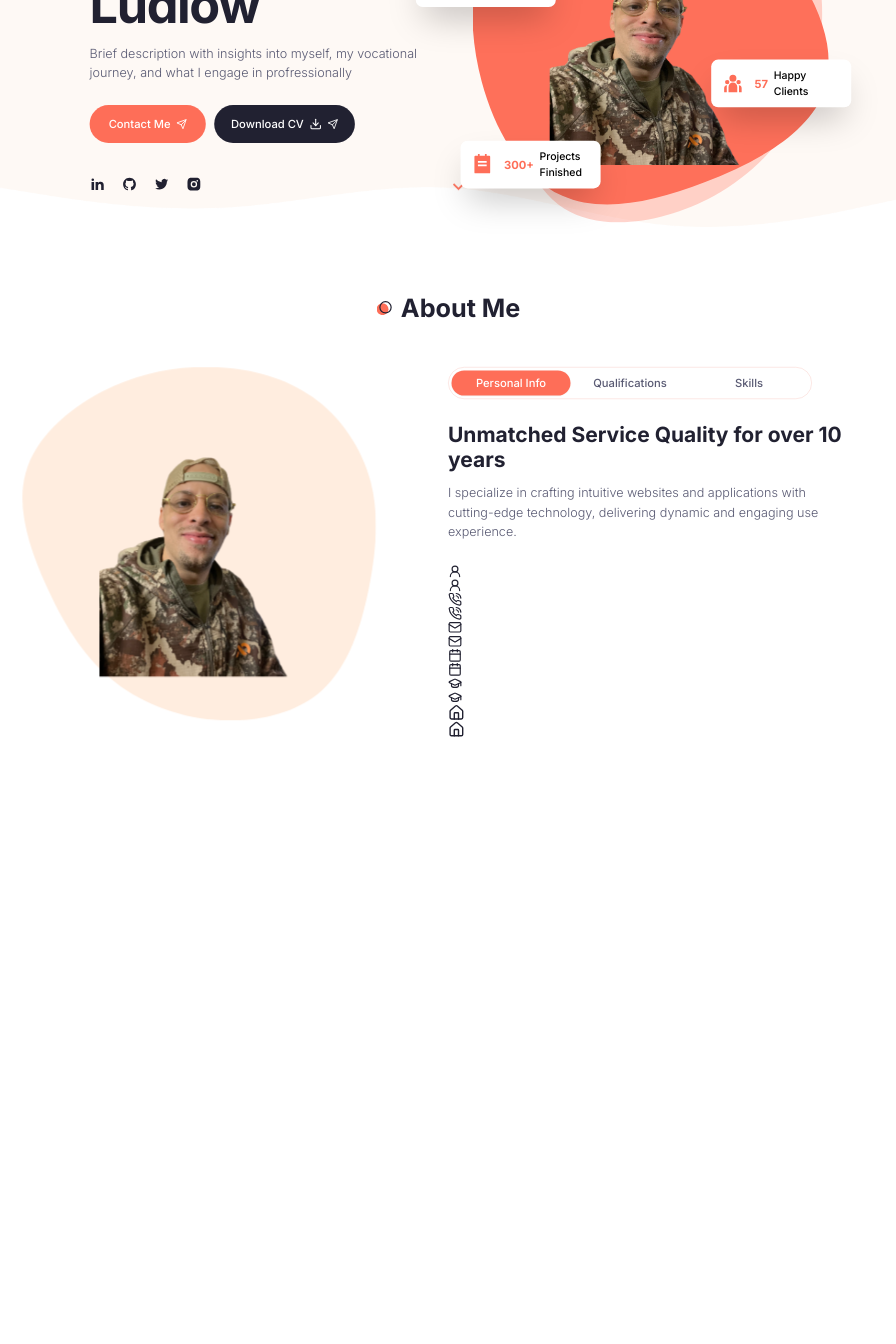
Repository: MikeeBuilds/mike-port
Page: /
The author's editor kept a copy of each file at every save. The page is drawn from the files as they stood at one save, then again after the next save.
The browser window is 1280 px wide. The pictures show the part of the page from y = 383 to 2303 px (the page is 5591 px tall), at 70% of full size.
The project was rebuilt for these pictures with package versions that can differ from the ones it lists, and the page was loaded fresh each time. The framework's server and built-in components were replaced by stand-ins that run in the browser. Also part of the build but not shown: next.config.js.

Above is the page before, as saved 2023-11-30 14:18:52.

### app/layout.jsx
import { Inter } from 'next/font/google'
import './globals.css'
import Header from '@/components/Header'
import Footer from '@/components/Footer'
import { ThemeProvider } from '@/components/ThemeProvider'

const inter = Inter({ subsets: ['latin'] })

export const metadata = {
  title: 'Mike Ludlow | Dev',
  description: 'Generated by create next app',
}

export default function RootLayout({ children }) {
  return (
    <html lang="en" suppressHydrationWarning>
      <body className={inter.className}
      >
        <ThemeProvider attribute="class" defaultTheme="light">
          <Header />
            {children}
          <Footer />
        </ThemeProvider>
      </body>
    </html>
  )
}

### app/page.jsx
import About from '@/components/About'
import Hero from '@/components/Hero'
import { main } from 'json'
import Image from 'next/image'

export default function Home() {
  return (
    <main>
      <Hero/>
      <About/>
    </main>
  )
}

### app/globals.css
@tailwind base;
@tailwind components;
@tailwind utilities;

@layer base {
  @layer base {
    :root {
      --background: 0 0% 100%;
      --foreground: 240 19% 16%;
      --card: 0 0% 100%;
      --card-foreground: 240 19% 16%;
      --popover: 0 0% 100%;
      --popover-foreground: 20 14.3% 4.1%;
      --primary: 8 99% 67%;
      --primary-foreground: 300 0% 100%;
      --secondary: 240 19% 16%;
      --secondary-foreground: 300 0% 100%;
      --tertiary: 27 82% 98%;
      --muted: 60 4.8% 95.9%;
      --muted-foreground: 237 13% 40%;
      --accent: 237 9% 96%;
      --accent-foreground: 24 9.8% 10%;
      --destructive: 0 84.2% 60.2%;
      --destructive-foreground: 60 9.1% 97.8%;
      --border: 8 82% 92%;
      --input: 8 82% 92%;
      --ring: 9 99% 67%;
      --radius: 1rem;
    }

    .dark {
      --background: 237 22% 20%;
      --foreground: 60 9.1% 97.8%;
      --card: 240 19% 16%;
      --card-foreground: 300 0% 100%;
      --popover: 20 14.3% 4.1%;
      --popover-foreground: 60 9.1% 97.8%;
      --primary: 8 99% 67%;
      --primary-foreground: 300 0% 100%;
      --secondary: 240 19% 16%;
      --secondary-foreground: 300 0% 100%;
      --tertiary: 237 22% 20%;
      --muted: 12 6.5% 15.1%;
      --muted-foreground: 237 13% 63%;
      --accent: 240 19% 16%;
      --accent-foreground: 300 0% 100%;
      --destructive: 0 72.2% 50.6%;
      --destructive-foreground: 60 9.1% 97.8%;
      --border: 237 22% 23%;
      --input: 237 22% 23%;
      --ring: 8 99% 67%;
    }
  }
}

@layer base {
  * {
    @apply border-border;
  }
  body {
    @apply bg-background text-foreground;
  }
}

.h1 {
  @apply text-6xl xl:text-[72px] xl:leading-[80px] tracking-[-2px] font-bold;
}

.h2 {
  @apply text-4xl font-bold;
}

.h3 {
  @apply text-3xl font-bold;
}

.h4 {
  @apply text-[22px] font-semibold;
}

.subtitle {
  @apply text-muted-foreground text-lg mb-8 font-light;

}
.section-title {
  @apply text-4xl font-bold relative w-max flex items-center justify-between gap-x-3
  before:bg-dots_light before:dark:bg-dots_dark before:bg-no-repeat before:bg-center
  before:w-[24px] before:h-[24px];
}

.badge {
  @apply z-10 w-[200px] h-[68px] bg-white dark:backdrop-blur-[44px] shadow-2xl p-4 rounded-[10px] flex items-center gap-x-4;
}

### components/Header.jsx
"use client";
import React, { useState, useEffect } from "react";

// components
import Logo from "./Logo";
import ThemeToggler from "./ThemeToggler";
import Nav from "./Nav";
import MobileNav from "./MobileNav";
import { usePathname } from "next/navigation";

const Header = () => {
  const [header, setHeader] = useState(false);
  const pathname = usePathname();

  useEffect(() => {
    const scrollYpos = window.addEventListener("scroll", () => {
      window.scrollY > 50 ? setHeader(true) : setHeader(false);
    });

    // remove event
    return () => window.removeEventListener("scroll", scrollYpos);
  });

  return (
    <header
      className={`${
        header
          ? "py-4 bg-white shadow-lg dark:bg-accent"
          : "py-6 dark:bg-transparent"
      } sticky top-0 z-30 transition-all ${pathname === '/' && 'bg-white'}`}
    >
      <div className="container mx-auto">
        <div className="flex justify-between items-center">
          <Logo />
          <div className="flex items-center gap-x-6">
            {/* nav */}
            <Nav
              containerStyles="hidden xl:flex gap-x-8 items-center"
              linkStyles="relative hover:text-primary transition-all"
              underlineStyles="absolute left-0 top-full h-[2px] bg-primary w-full"
            />
            <ThemeToggler />
            {/* mobile nav */}
            <div className="lg:hidden">
              <MobileNav />
            </div>
          </div>
        </div>
      </div>
    </header>
  );
};

export default Header;

### components/Footer.jsx

const Footer = () => {
  return (
    <footer>Footer</footer>
  )
}

export default Footer

### components/ThemeProvider.jsx
"use client"


import {
    ThemeProvider as NextThemesProvider
} from "next-themes";



export function ThemeProvider({ children, ...props}) {
    return <NextThemesProvider {...props}>{children}</NextThemesProvider>
}

### components/About.jsx
import DevImg from "./DevImg";
import image from "next/image";
import { Tabs, TabsContent, TabsList, TabsTrigger } from "@/components/ui/tabs";

import {
  User2,
  MailIcon,
  HomeIcon,
  PhoneCall,
  GraduationCap,
  Calendar,
  Briefcase,
} from "lucide-react";

const infoData = [
  {
    icon: <User2 size={20} />,
    text: "Mike Ludlow",
  },
  {
    icon: <PhoneCall size={20} />,
    text: "(614)772-9779",
  },
  {
    icon: <MailIcon size={20} />,
    text: "MLudlow000@gmail.com",
  },
  {
    icon: <Calendar size={20} />,
    text: "Born On May 14, 1986",
  },
  {
    icon: <GraduationCap size={20} />,
    text: "Bachelors In Software Engineering",
  },
  {
    icon: <HomeIcon sizes={20} />,
    text: "Columbus, OH",
  },
];

const qualificationData = [
  {
    title: "education",
    data: [
      {
        university: "Columbus State Community College",
        qualification: "Bachelor Of Science",
        years: "2019-2024",
      },
      {
        university: "Learn Web3",
        qualification: "Ethereum Developer Degree",
        years: "2022-2023",
      },
      {
        university: "Alchemy University",
        qualification: "Learn Javascript",
        years: "2023",
      },
    ],
  },
  {
    title: "experience",
    data: [
      {
        company: "Takify AI Startup",
        qualification: "Software Developer",
        years: "2022-present",
      },
      // {
      //   company: 'Takify AI Startup',
      //   qualification: 'Software Developer',
      //   years: '2022-present'
      // },
      // {
      //   company: 'Takify AI Startup',
      //   qualification: 'Software Developer',
      //   years: '2022-present'
      // },
    ],
  },
];

const skillData = [
  {
    title: "skills",
    data: [
      {
        name: "HTML, CSS",
      },
      {
        name: "Front-end Development",
      },
      {
        name: "Javascript, PHP",
      },
      {
        name: "Back-end Development",
      },
    ],
  },
  {
    title: "tools",
    data: [
      {
        imgPath: "/about/vscode.svg",
      },
      {
        imgPath: "/about/figma.svg",
      },
      {
        imgPath: "/about/notion.svg",
      },
      {
        imgPath: "/about/wordpress.svg",
      },
    ],
  },
];

const About = () => {
  const getData = (arr, title) => {
    return arr.find((item) => item.title === title);
  };

  return (
    <section className="xl:h-[860px] pb-12 xl:py-24">
      <div className="container mx-auto">
        <h2 className="section-title mb-8 xl:mb-16 text-center mx-auto">
          About Me
        </h2>
        <div className="flex flex-col xl:flex-row">
          {/* iamge */}
          <div className="hidden xl:flex flex-1 relative">
            <DevImg
              containerStyles="bg-about_shape_light dark:bg-about_shape_dark w-[505px] h-[505px] bg-no-repeat relative"
              imgSrc="/about/developer.png"
            />
          </div>
          {/* tabs */}
          <div className="flex-1">
            <Tabs defaultValue="personal">
              <TabsList className="w-full grid xl:grid-cols-3 xl:max-w-[520px] xl:border dark:border-none">
                <TabsTrigger className="w-[162px] xl:w-auto" value="personal">
                  Personal Info
                </TabsTrigger>
                <TabsTrigger
                  className="w-[162px] xl:w-auto"
                  value="qualifications"
                >
                  Qualifications
                </TabsTrigger>
                <TabsTrigger className="w-[162px] xl:w-auto" value="skills">
                  Skills
                </TabsTrigger>
              </TabsList>
              {/* tabs content */}
              <div className="text-lg mt:12 xl:mt-8">
                {/* personal */}
                <TabsContent value="personal">
                  <div className="text-center xl:text-left">
                    <h3 className="h3 mb-4">Unmatched Service Quality for over 10 years</h3>
                    <p className="subtitle max-w-xl mx-auto xl:mx-0">
                      I specialize in crafting intuitive websites and
                      applications with cutting-edge technology, delivering
                      dynamic and engaging use experience.
                    </p>
                    {/* icons */}
                    <div>
                      {infoData.map((item, index) => {
                        return (
                          <div key={index}>
                             <div>{item.icon}</div>
                             <div>{item.icon}</div>
                          </div>
                        )
                      })}
                    </div>
                  </div>
                </TabsContent>
                <TabsContent value="qualifications">
                  qualifications info
                </TabsContent>
                <TabsContent value="skills">skills info</TabsContent>
              </div>
            </Tabs>
          </div>
        </div>
      </div>
    </section>
  );
};

export default About;

### components/Hero.jsx
import Link from "next/link";
import { Download, Send } from "lucide-react";
import { Button } from "./ui/button";

import {
  RiBriefcase4Fill,
  RiTeamFill,
  RiTodoFill,
  RiArrowDownSLine,
} from "react-icons/ri";

//components
import DevImg from "./DevImg";
import Badge from "./Badge";
import Socials from "./Socials";

const Hero = () => {
  return (
    <section className="py-12 xl:py-24 h-[84vh] xl:pt-28 bg-hero bg-no-repeat bg-bottom bg-cover dark:bg-none">
      <div className="flex justify-between gap-x-8">
        {/* text */}
        <div className="flex max-w-[600px] flex-col justify-center mx-auto xl:mx-32 text-center xl:text-left">
          <div className="text-sm uppercase font-semibold mb-4 text-primary tracking-[4px]">
            Software Developer
          </div>
          <h1 className="h1 mb-4">Hello, Im Mike Ludlow</h1>
          <p className="subtitle max-w-[490px] mx-auto xl:mx-0">
            Brief description with insights into myself, my vocational journey,
            and what I engage in profressionally
          </p>
          {/* buttons */}
          <div
            className="flex flex-col gap-y-3 md:flex-row gap-x-3 mx-auto
          xl:mx-0 mb-12"
          >
            <Link href="/contact">
              <Button className="gap-x-2">
                Contact Me <Send size={15} />
              </Button>
            </Link>
            <Button variant="secondary" className="gap-x-2">
              Download CV <Download size={18} /> <Send size={15} />
            </Button>
          </div>
          {/* socials */}
          <Socials
            containerStyles="flex gap-x-6 mx-auto xl:mx-0"
            iconStyles="text-foreground text-[22px] hover:text-primary transition-all"
          />
        </div>
        {/* image */}
        <div className="hidden xl:flex relative right-24">
          <Badge
            icon={<RiBriefcase4Fill />}
            endCountNum={2}
            badgeText="Years Of Experience"
            containerstyles="absolute top-[24%] -left-[5rem]"
          />
          {/* badge 2 */}
          <Badge
            icon={<RiTodoFill />}
            endCountNum={30}
            endCountText='0+'
            badgeText="Projects Finished"
            containerstyles="absolute top-[80%] -left-[1rem]"
          />
          {/* badge 3 */}
          <Badge
            icon={<RiTeamFill />}
            endCountNum={5}
            endCountText='7'
            badgeText="Happy Clients"
            containerstyles="absolute top-[55%] -right-8"
          />
          <div className="bg-hero_shape2_light dark:bg-hero_shape2_dark w-[500px] h-[500px] bg-no-repeat absolute -top-1 -right-8"></div>
          <DevImg
            containerStyles="bg-hero_shape w-[510px] h-[462px] bg-no-repeat relative bg-bottom"
            imgSrc="/hero/developer.png"
          />
        </div>
        {/* icon */}
        <div className="hidden md:flex absolute left-2/4 bottom-44 xl:bottom-12 animate-bounce">
          <RiArrowDownSLine className="text-3xl text-primary" />
        </div>
      </div>
    </section>
  );
};

export default Hero;

### components/Logo.jsx
import Link from "next/link";
import Image from "next/image";


const Logo = () => {
  return (
    <Link href="/">
        <Image src='/logo.svg' width={54} height={54} priority alt="logo"/>
    </Link>
  )
}

export default Logo

### components/ThemeToggler.jsx
"use client";

import { Button } from "./ui/button";
import { MoonIcon, SunIcon } from "@radix-ui/react-icons";
import { useTheme } from "next-themes";

const ThemeToggler = () => {
  const { theme, setTheme } = useTheme();
  return (
    <Button variant='outline' size="outline" onClick={() => setTheme(theme === 'dark' ? 'light' : 'dark')}>
      <SunIcon
        className="h-[1.2rem] w-[1.2rem] rotate-0 scale-100 transition-all
      dark:rotate-90 dark:scale-0"
      />
      <MoonIcon
        className="absolute h-[1.2rem] w-[1.2rem] rotate-90 scale-0 transition-all
       dark:rotate-0 dark:scale-100"
      />
    </Button>
  );
};

export default ThemeToggler;

### components/Nav.jsx
import Link from "next/link";

//next hooks
import { usePathname } from "next/navigation";

//framer motion
import { motion } from "framer-motion";

const links = [
  { path: "/", name: "home" },
  { path: "/projects", name: "my projects" },
  { path: "/contact", name: "contact" },
];

const Nav = ({ containerStyles, linkStyles, underlineStyles }) => {
  const path = usePathname();
  return (
    <nav className={`${containerStyles}`}>
      {links.map((link, index) => {
        return (
          <Link
            href={link.path}
            key={index}
            className={`capitalize ${linkStyles}`}
          >
            {link.path === path && (
              <motion.span
                initial={{ y: "-100%" }}
                animate={{ y: 0 }}
                transition={{ type: "tween" }}
                layoutId="underline"
                className={`${underlineStyles}`}
              />
            )}
            {link.name}
          </Link>
        );
      })}
    </nav>
  );
};

export default Nav;

### components/MobileNav.jsx
import { Sheet, SheetContent, SheetTrigger } from "@/components/ui/sheet";
import { AlignJustify } from "lucide-react";

import Nav from "./Nav";
import Logo from "./Logo";
import Socials from "./Socials";

const MobileNav = () => {
  return (
    <Sheet>
      <SheetTrigger asChild>
        <AlignJustify className="cursor-pointer" />
      </SheetTrigger>
      <SheetContent>
        <div className="flex flex-col items-center justify-between h-full py-8">
          <div className="flex flex-col items-center gap-y-32">
            <Logo />
            <Nav
              containerStyles="flex flex-col items-center gap-y-6"
              linkStyles="text-2xl"
            />
          </div>
            <Socials containerStyles='flex gap-x-4' iconStyles='text-2xl'/>
        </div>
      </SheetContent>
    </Sheet>
  );
};

export default MobileNav;

### components/DevImg.jsx
import Image from "next/image";

const DevImg = ({ containerStyles, imgSrc }) => {
  return <div className={`${containerStyles}`}>
    <Image src={imgSrc} fill priority alt="" />
  </div>;
};

export default DevImg;

### components/ui/tabs.jsx
"use client";

import * as React from "react";
import * as TabsPrimitive from "@radix-ui/react-tabs";

import { cn } from "@/lib/utils";

const Tabs = TabsPrimitive.Root;

const TabsList = React.forwardRef(({ className, ...props }, ref) => (
  <TabsPrimitive.List
    ref={ref}
    className={cn(
      "inline-flex items-center justify-center xl:bg-white p-1 text-muted-foreground rounded-[30px] dark:md:bg-secondary",
      className
    )}
    {...props}
  />
));
TabsList.displayName = TabsPrimitive.List.displayName;

const TabsTrigger = React.forwardRef(({ className, ...props }, ref) => (
  <TabsPrimitive.Trigger
    ref={ref}
    className={cn(
      "inline-flex items-center justify-center whitespace-nowrap rounded-full px-3 py-1.5 text-base font-medium ring-offset-background transition-all focus-visible:outline-none focus-visible:ring-2 focus-visible:ring-ring focus-visible:ring-offset-2 disabled:pointer-events-none disabled:opacity-50 data-[state=active]:bg-primary data-[state=active]:text-white data-[state=active]:shadow-sm ",
      className
    )}
    {...props}
  />
));
TabsTrigger.displayName = TabsPrimitive.Trigger.displayName;

const TabsContent = React.forwardRef(({ className, ...props }, ref) => (
  <TabsPrimitive.Content
    ref={ref}
    className={cn(
      "mt-2 ring-offset-background focus-visible:outline-none focus-visible:ring-2 focus-visible:ring-ring focus-visible:ring-offset-2",
      className
    )}
    {...props}
  />
));
TabsContent.displayName = TabsPrimitive.Content.displayName;

export { Tabs, TabsList, TabsTrigger, TabsContent };

### components/ui/button.jsx
import * as React from "react"
import { Slot } from "@radix-ui/react-slot"
import { cva } from "class-variance-authority";

import { cn } from "@/lib/utils"

const buttonVariants = cva(
  "inline-flex items-center justify-center whitespace-nowrap rounded-full text-base font-medium ring-offset-background transition-colors focus-visible:outline-none focus-visible:ring-2 focus-visible:ring-ring focus-visible:ring-offset-2 disabled:pointer-events-none disabled:opacity-50",
  {
    variants: {
      variant: {
        default: "bg-primary text-primary-foreground hover:bg-primary/90",
        destructive:
          "bg-destructive text-destructive-foreground hover:bg-destructive/90",
        outline:
          "border border-input bg-background hover:bg-accent hover:text-accent-foreground",
        secondary:
          "bg-secondary text-secondary-foreground hover:bg-secondary/80",
        ghost: "hover:bg-accent hover:text-accent-foreground",
        link: "text-primary underline-offset-4 hover:underline",
      },
      size: {
        default: "h-[54px] px-6 py-2 min-w-[166px]",
        sm: "h-9 rounded-md px-3",
        lg: "h-11 rounded-md px-8",
        icon: "h-10 w-10",
      },
    },
    defaultVariants: {
      variant: "default",
      size: "default",
    },
  }
)

const Button = React.forwardRef(({ className, variant, size, asChild = false, ...props }, ref) => {
  const Comp = asChild ? Slot : "button"
  return (
    (<Comp
      className={cn(buttonVariants({ variant, size, className }))}
      ref={ref}
      {...props} />)
  );
})
Button.displayName = "Button"

export { Button, buttonVariants }

### components/Badge.jsx
"use client"
import CountUp from 'react-countup';

const Badge = ({
  containerstyles,
  icon,
  endCountNum,
  endCountText,
  badgeText
}) => {
  return <div className={`badge ${containerstyles}`}>
    <div className='text-3xl text-primary'>{icon}</div>
    <div className='flex items-center gap-x-2'>
      <div className='text-4-xl leading-none font-bold text-primary'>
        <CountUp end={endCountNum} delay={1} duration={4}/>
        {endCountText}
      </div>
      <div className='max-w-[70px] leadin-none text-[15px] font-medium text-black'>{badgeText}</div>
    </div>
  </div>;
};

export default Badge;

### components/Socials.jsx
'use client'

import {
  RiLinkedinFill,
  RiGithubFill,
  RiTwitterFill,
  RiInstagramFill
} from 'react-icons/ri';

import Link from 'next/link';

const icons = [
  {
    path: '/',
    name: <RiLinkedinFill />,
  },
  {
    path: '/',
    name: <RiGithubFill />,
  },{
    path: '/',
    name: <RiTwitterFill />,
  },{
    path: '/',
    name: <RiInstagramFill />,
  },
]


import React from "react";

const Socials = ({ containerStyles, iconStyles}) => {
  return <div className={`${containerStyles}`}>
    {icons.map((icon, index) => {
      return <Link href={icon.path} key={index}>
        <div className={`${iconStyles}`}>
          {icon.name}
        </div>
      </Link>
    })}
  </div>;
};

export default Socials;

Loaded but not shown: lib/utils.js (common file); tailwind.config.js (90 lines, source omitted); app/template.js (36 lines, source omitted); hooks/useScrollProgress.js (25 lines, source omitted); components/ui/sheet.jsx (109 lines, source omitted)

After the next save:
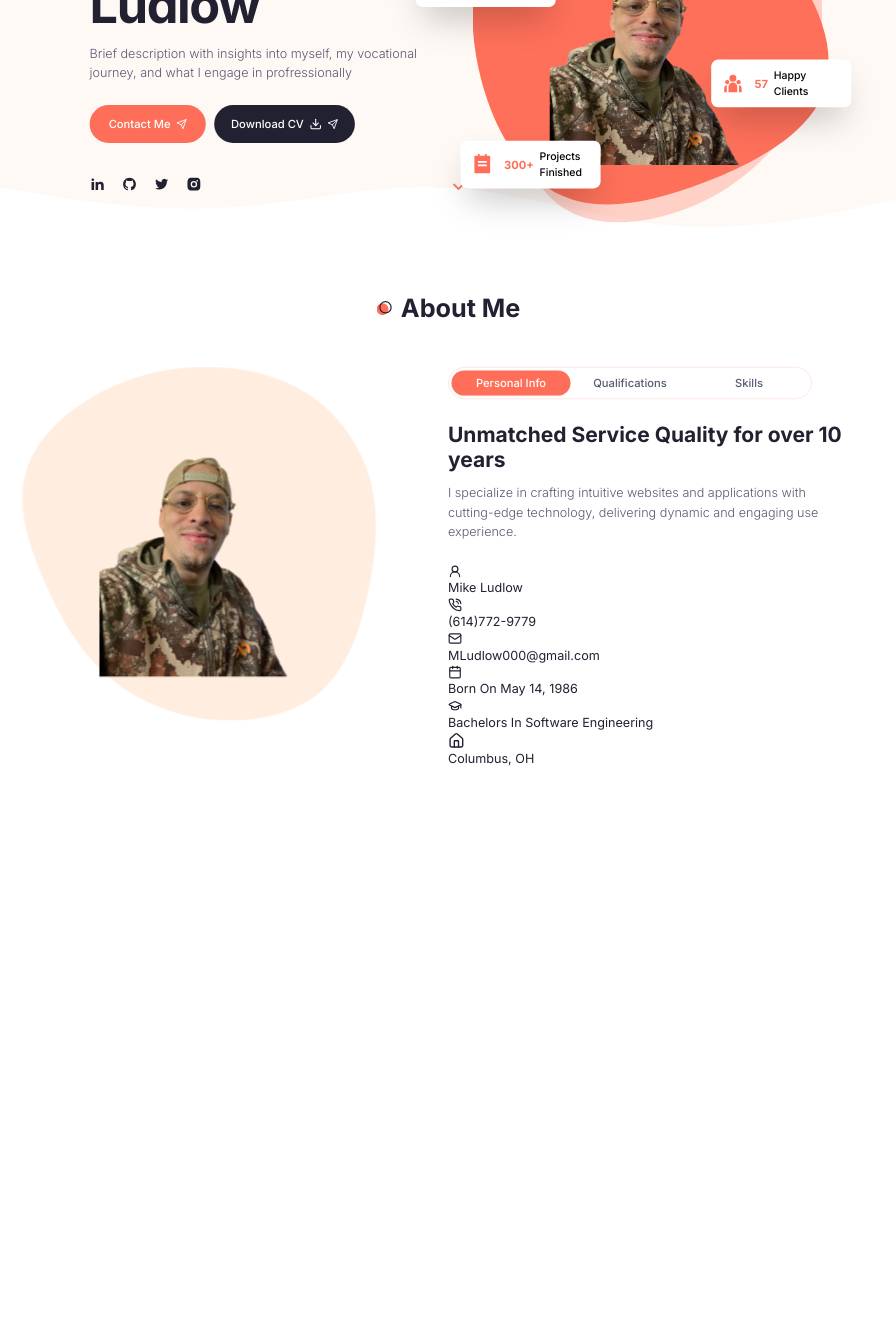
Saved 4 s later.
--- a/components/About.jsx
+++ b/components/About.jsx
@@ -172,7 +172,7 @@ const About = () => {
                         return (
                           <div key={index}>
                              <div>{item.icon}</div>
-                             <div>{item.icon}</div>
+                             <div>{item.text}</div>
                           </div>
                         )
                       })}
